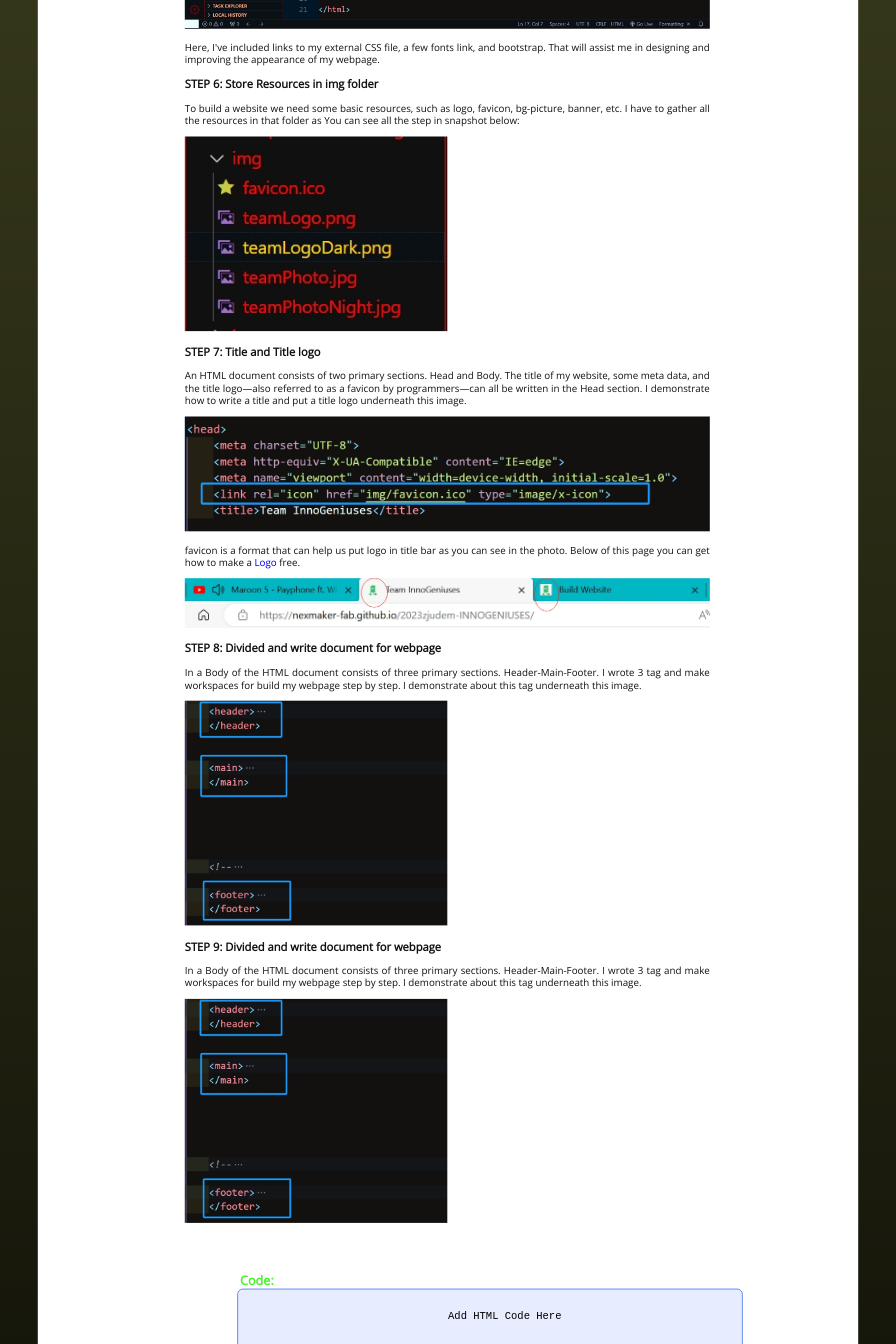
Repository: NexMaker-Fab/2023zjudem-INNOGENIUSES
Page: build web/page1.html
An editor plug-in stored every save of this project. The page is shown before and after the next save, followed by the edit.
The browser window is 1280 px wide. The pictures show the part of the page from y = 4580 to 6500 px (the page is 10565 px tall), at 70% of full size.

Above is the page before, as saved 2023-11-27 01:50:21.

### build web/page1.html
<!DOCTYPE html>
<html lang="en">

<head>
    <meta charset="utf-8">
    <meta http-equiv="X-UA-Compatible" content="IE=edge">
    <link rel="icon" href="img/favicon.ico" type="image/x-icon">
    <title>Build Website</title>
    <meta name="viewport" content="width=device-width, initial-scale=1">
    <!-- <meta name="Description" lang="en" content="open source x/html and css templates"> -->
    <meta name="author" content="mlp design">
    <meta name="robots" content="index, follow">
    <link rel="stylesheet" href="styles.css">
</head>

<body>
    <!--start wrapper-->
    <div id="wrapper">

        <!--start body-->
        <div id="body">

            <!--start header-->
            <div id="banner">
                <h1>HOW TO BUILD <em>WEB</em> </h1>
                <p></p>
                <!-- menu -->
                <label for="show-menu" class="responsive">&#9776;</label>
                <input type="checkbox" id="show-menu" role="button">
                <ul id="topnav">
                    <!-- <li><a class="active">Home</a></li> -->

                </ul>
                <!-- end menu -->
            </div>
            <!--end of header-->
            <!--start sidebar-->
            <div id="sidebar">
                <h2>GitHub</h2>
                <p>GitHub, is a platform and cloud-based service for software development and version control using Git, allowing developers to store and manage their code. It provides the distributed version control of Git plus access control, bug tracking,
                    software feature requests, task management, continuous integration, and wikis for every project. Headquartered in California, it has been a subsidiary of Microsoft since 2018. It is commonly used to host open source software development
                    projects.As of January 2023, GitHub reported having over 100 million developers and more than 372 million repositories, including at least 28 million public repositories.</p>

                <h2>Visual Studio Code</h2>
                <p>Visual Studio Code, also commonly referred to as VS Code,[12] is a source-code editor made by Microsoft with the Electron Framework, for Windows, Linux and macOS.[13] Features include support for debugging, syntax highlighting, intelligent
                    code completion, snippets, code refactoring, and embedded Git. Users can change the theme, keyboard shortcuts, preferences, and install extensions that add functionality. In the Stack Overflow 2023 Developer Survey, Visual Studio Code
                    was ranked the most popular developer environment tool among 86,544 respondents, with 73.71% reporting that they use it. It increased its use among those learning to code versus those developing as a profession (78% vs. 74%). </p>
            </div>
            <div class="clear"></div>
            <!--end of sidebar-->

            <!--start containter-->
            <div id="container">

                <!--start content-->
                <div id="content">
                    <!--post item-->
                    <div class="item">
                        <h3>STEP1: Prepare</h3>
                        <p>Setting up all essential tools for constructing the webpage:</p>

                        <ul>
                            <li><a href="https://git-scm.com/downloads">Git</a></li>
                            <li><a href="https://github.com">GitHub</a> </li>
                            <li><a href="https://desktop.github.com">GitHub desktop</a> </li>
                            <li><a href="https://code.visualstudio.com">VScode</a></li>
                            <li><a href="https://nodejs.org/en/about">Nodejs</a> </li>
                        </ul>

                        <h3>STEP 2: Pointers</h3>
                        <p>Visit <a href="https://github.com">Github</a> to create a repository; if needed, sign up. Once there, make your repository and set it Public so it's accessible to online users. Remember to add a README file—it's the place for a
                            detailed project description.
                        </p>
                        <img src="img/Create Repo 1.png" <figure>
                        <p>
                            <b>Note:</b>In this image repository, the owner is identified as aminal333. However, when working within an organization, the organization's name should be displayed instead.

                        </p>
                        </figure>

                        <img src="img/Create repo 2.png" <figure>
                        <p></p>
                        </figure>

                        <img src="img/git page.jpg" <figure>


                        </figure>

                        <h3>STEP 3: Local Settings</h3>
                        <p>Open GitHub Desktop, clone the repository you've created before, and then proceed to open it in Visual Studio Code.</p>
                        <img src="img/gitclone1.png" <figure>
                        <p> </p>
                        </figure>
                        <img src="img/clone open vs.png" <figure>
                        <p>Access the cloned repository from your local storage system using Visual Studio Code</p>
                        </figure>

                        <!-- Ramiz update-->

                        <h3>STEP 4: Live Server Extension</h3>
                        <p>Go to visual studio extention secsion, search live server and click install it. This extesion help to observe new change on your webpage when you change something in your code. You can see the exension installation image below:
                        </p>
                        <img src="img/Live Server.png" alt="description photo" style="width:100%; height: fit-content;">

                        <h2 style="font-weight: bolder;">How to write the website document</h2>

                        <h3>STEP 5: Make folder and file for writing code to build a website</h3>
                        <p>Open VS Code and open clone repository folder. Create a html file, a css file & a JS file. Create a folder for image resources. After that go to the html file which is named index.html and write some basic html documents. You can
                            see all the step in snapshot below:
                        </p>
                        <img src="img/bw1.png" alt="description photo" style="width:100%; height: fit-content;">
                        <p>
                            Here, I've included links to my external CSS file, a few fonts link, and bootstrap. That will assist me in designing and improving the appearance of my webpage.
                        </p>

                        <h3>STEP 6: Store Resources in img folder</h3>
                        <p>To build a website we need some basic resources, such as logo, favicon, bg-picture, banner, etc. I have to gather all the resources in that folder as You can see all the step in snapshot below:
                        </p>
                        <img src="img/bw2.png" alt="description photo" style="width:50%; height: 100%;">

                        <h3>STEP 7: Title and Title logo</h3>
                        <p>An HTML document consists of two primary sections. Head and Body. The title of my website, some meta data, and the title logo—also referred to as a favicon by programmers—can all be written in the Head section. I demonstrate how
                            to write a title and put a title logo underneath this image.
                        </p>
                        <img src="img/bw3.png" alt="description photo" style="width:100%; height: fit-content;">
                        <p>
                            favicon is a format that can help us put logo in title bar as you can see in the photo. Below of this page you can get how to make a <a href="#logoCreate">Logo</a> free.
                        </p>
                        <img src="img/title logo.png" alt="description photo" style="width:100%; height: 100%;">
                        <h3>STEP 8: Divided and write document for webpage</h3>
                        <p>In a Body of the HTML document consists of three primary sections. Header-Main-Footer. I wrote 3 tag and make workspaces for build my webpage step by step. I demonstrate about this tag underneath this image.
                        </p>
                        <img src="img/bw4.png" alt="description photo" style="width:50%; height:fit-content;">
                        <h3>STEP 9: Divided and write document for webpage</h3>
                        <p>In a Body of the HTML document consists of three primary sections. Header-Main-Footer. I wrote 3 tag and make workspaces for build my webpage step by step. I demonstrate about this tag underneath this image.
                        </p>
                        <img src="img/bw4.png" alt="description photo" style="width:50%; height:fit-content;">
                        <div class="text-boxes">
                            <div class="text-box CodeBox">
                                <div class="topic">Code:</div>
                                <textarea id="CodeBox" readonly>
                              Add HTML Code Here
                            </textarea>
                                <button id="CodeButton">Copy Codes</button>
                            </div>

                            <h3>STEP 4: How to collaborate with team</h3>
                            <h4>1.Inviting a team or person</h4>
                            <p>Phase 1: Request the username of the individual you're inviting to collaborate.</p>

                            <img src="img/AA.png" <figure>
                            <p> Under your repository name, click Settings, If you cannot see the "Settings" tab, select the dropdown menu, then click Settings.<br> In the "Access" section of the sidebar, click Collaborators and teams as displayed </p>
                            </figure>
                            <img src="img/BB.png" <figure>
                            <p>To the right of "Manage access", click Add people or Add teams and In the search field, start typing the name of the team or person to invite, then click a name in the list of matches.
                            </p>
                            </figure>
                            <img src="img/CC.png" <figure>
                            <p>In the search field, start typing the name of the team or person to invite, then click a name in the list of matches.</p>
                            </figure>
                            <img src="img/DD.png" <figure>
                            <p> Under "Choose a role", select the repository role to grant to the team or person</p>
                            </figure>
                            <img src="img/EE.png" <figure>
                            <p>Under "Manage access", next to the team or person whose access you'd like to remove, click Remove
                            </p>
                            </figure>
                            <img src="img/FF.png" <figure>
                            <p>Using this search box, you can easily find your team member</p>
                            </figure>

                        </div>
                        <!--another post item-->

                        <!--end of another post item-->
                    </div>
                    <!--end of content-->

                </div>
                <!--end of container-->

            </div>
            <!--end of body-->

            <!--start footer-->
            <div id="footer">
                <span class="left">2023 &copy; Copyright <a href="#">Allcode</a>. All rights reserved.</span>
                <p class="show-footer">2023 &copy; Copyright <a href="#">InnoGeniuses</a>. All rights reserved.<br /><a href="#">Contact</a> | </p>
            </div>
            <!--end of footer-->

        </div>
        <!--end of wrapper-->

        <!--start credits-->
        <!--//Under CC-NC 3.0, this portion must be left intact and must not be hidden.//-->
        <div id="credits">
            <span><a href="#" title="CSS &amp; ">CSS &amp; HTML</a> by InnoGeniuses<br />IDE@ZJU
    </div>
    <!--end of credits-->

</body>

</html>

<script>
    // Code BOx JS Code
    let CodeBox = document.getElementById("CodeBox");
      let CodeButton = document.getElementById("CodeButton");
      CodeButton.onclick = function () {
        CodeBox.select();
        document.execCommand("copy");
        CodeButton.innerText = "Codes Copied";
      };
</script>

### build web/styles.css
/* Global Settings */

@import url(https://fonts.googleapis.com/css?family=Open+Sans);
body {
    background: #000;
    background: -moz-linear-gradient(top, #7c803d 0%, #000000 75%, #000000 100%);
    background: -webkit-gradient(left top, left bottom, color-stop(0%, #7c803d), color-stop(75%, #000000), color-stop(100%, #000000));
    background: -webkit-linear-gradient(top, #7c803d 0%, #000000 75%, #000000 100%);
    background: -o-linear-gradient(top, #7c803d 0%, #000000 75%, #000000 100%);
    background: -ms-linear-gradient(top, #7c803d 0%, #000000 75%, #000000 100%);
    background: linear-gradient(to bottom, #7c803d 0%, #000000 75%, #000000 100%);
    filter: progid: DXImageTransform.Microsoft.gradient( startColorstr='#7c803d', endColorstr='#000000', GradientType=0);
    color: #111;
    margin: 0;
    font-family: 'Open Sans', sans-serif;
    font-size: 14px;
    line-height: 18px;
    min-width: 600px;
}

h1 {
    font-size: 40px;
    line-height: 24px;
}

h2 {
    font-size: 18px;
    line-height: 22px;
}

h3 {
    font-size: 16px;
    line-height: 20px;
}

a {
    background-color: inherit;
    color: rgb(0, 38, 255)122, 102, 153;
    text-decoration: none;
}

a:hover {
    text-decoration: underline;
}

blockquote {
    background-color: inherit;
    color: #999;
    font: italic 15px "Times New Roman", serif;
    border-left: 5px solid #996;
    padding: 2px 15px;
}


/* Wrapper Settings */

#wrapper {
    background: #fff;
    border: none;
    padding: 10px;
    margin: 1% auto;
    width: 90%;
}

#body {
    margin: 0;
}

#container {
    border-left: 50px;
    padding: 0;
    margin: 0;
}


/* Other Settings*/

#banner {
    position: relative;
    padding: 10px;
    height: 175px;
    border: 0px;
    color: #fff;
    background: #abab83;
    background: -moz-linear-gradient(top, #abab83 0%, #abab83 0%, #abab83 50%, #a1a172 51%, #a1a172 100%);
    background: -webkit-gradient(left top, left bottom, color-stop(0%, #abab83), color-stop(0%, #abab83), color-stop(50%, #abab83), color-stop(51%, #a1a172), color-stop(100%, #a1a172));
    background: -webkit-linear-gradient(top, #abab83 0%, #abab83 0%, #abab83 50%, #a1a172 51%, #a1a172 100%);
    background: -o-linear-gradient(top, #abab83 0%, #abab83 0%, #abab83 50%, #a1a172 51%, #a1a172 100%);
    background: -ms-linear-gradient(top, #abab83 0%, #abab83 0%, #abab83 50%, #a1a172 51%, #a1a172 100%);
    background: linear-gradient(to bottom, #abab83 0%, #abab83 0%, #abab83 50%, #a1a172 51%, #a1a172 100%);
    filter: progid: DXImageTransform.Microsoft.gradient( startColorstr='#abab83', endColorstr='#a1a172', GradientType=0);
}

#banner h1 {
    font-size: 32px;
}

#banner h1 em {
    font-style: normal;
    text-decoration: none;
    color: #111;
}

#show-menu {
    display: none;
}

.responsive {
    background-color: inherit;
    color: #fff;
    text-align: left;
    font-weight: normal;
    font-size: 1.5em;
    padding: 0;
    position: absolute;
    top: 80%;
    display: none;
}

ul#topnav {
    list-style-type: none;
    margin: 0 0 0 1%;
    display: table;
    padding: 0;
    overflow: hidden;
    width: 60%;
    position: absolute;
    bottom: 0;
}

ul#topnav li {
    display: table-cell;
    text-align: center;
}

ul#topnav li a {
    background: #333;
    color: #999;
    border: none;
    display: block;
    margin-right: 5px;
    padding: 5px 0px;
    text-decoration: none;
    font-size: 12px;
}

ul#topnav li a.active,
ul#topnav li a.active:hover {
    background: #fff;
    color: #333;
}

ul#topnav li a:hover {
    background: #cc9;
    color: #111;
}

#sidebar {
    background: #fff;
    float: right;
    width: 200px;
    margin: -175px 1% 50px auto;
    padding: 15px;
    font-size: 12px;
    -webkit-box-shadow: 25px 0px 25px -25px rgba(0, 0, 0, 0.45), -25px 0px 25px -25px rgba(0, 0, 0, 0.45);
    -moz-box-shadow: 25px 0px 25px -25px rgba(0, 0, 0, 0.45), -25px 0px 25px -25px rgba(0, 0, 0, 0.45);
    box-shadow: 25px 0px 25px -25px rgba(0, 0, 0, 0.45), -25px 0px 25px -25px rgba(0, 0, 0, 0.45);
    position: relative;
}

#sidebar h2 {
    background-color: inherit;
    color: #996;
    font: normal 16px Arial, sans-serif;
    border-bottom: 2px solid #996;
    padding: 8px 0 5px 0;
}

#sidebar ul {
    list-style: none;
    padding: 2px;
    margin: 0;
}

#sidebar ul li {
    list-style-position: inside;
    padding: 0 0 10px 20px;
    text-indent: -1em;
}

#sidebar ul li a {
    background-color: inherit;
    color: #333;
    text-decoration: none;
    padding: 5px 2px;
    display: block;
}

#sidebar ul li a:hover {
    background-color: #cc9;
    color: #fff;
}

#sidebar ul li a:before {
    content: "\00BB  ";
    color: #996;
}

#content {
    text-align: left;
    padding: 20px;
    width: 750px;
    padding-left: 200px;
}

#content h1 {
    font: normal 18px Arial, sans-serif;
    padding: 0;
}

#content ul {
    list-style: none;
}

#content ul li {
    padding: 2px 0 2px 10px;
    margin: 0;
}

#content ul li:before {
    content: "\00BB  ";
    color: rgb(51, 0, 255);
}

#content .item {
    line-height: 1.25em;
    margin: 0;
}

#content .item p {
    text-align: justify;
}

#content .item b {
    text-align: justify;
    color: red;
}

#content .item span {
    background-color: inherit;
    color: #999;
    font-size: 11px;
}

#content .item img {
    width: 750px;
    height: 500px;
}

#footer {
    padding: 10px;
    height: 20px;
    border: 0px;
    color: #333;
    font-size: 12px;
    background: #abab83;
    background: -moz-linear-gradient(top, #abab83 0%, #abab83 0%, #abab83 50%, #a1a172 51%, #a1a172 100%);
    background: -webkit-gradient(left top, left bottom, color-stop(0%, #abab83), color-stop(0%, #abab83), color-stop(50%, #abab83), color-stop(51%, #a1a172), color-stop(100%, #a1a172));
    background: -webkit-linear-gradient(top, #abab83 0%, #abab83 0%, #abab83 50%, #a1a172 51%, #a1a172 100%);
    background: -o-linear-gradient(top, #abab83 0%, #abab83 0%, #abab83 50%, #a1a172 51%, #a1a172 100%);
    background: -ms-linear-gradient(top, #abab83 0%, #abab83 0%, #abab83 50%, #a1a172 51%, #a1a172 100%);
    background: linear-gradient(to bottom, #abab83 0%, #abab83 0%, #abab83 50%, #a1a172 51%, #a1a172 100%);
    filter: progid: DXImageTransform.Microsoft.gradient( startColorstr='#abab83', endColorstr='#a1a172', GradientType=0);
    clear: both;
}

#footer a {
    background-color: inherit;
    color: #333;
}

#footer a:hover {
    background-color: inherit;
    color: #fff;
    text-decoration: none;
}

#footer span.left {
    text-align: left;
    padding-left: 15px;
    float: left;
}

#footer span.right {
    text-align: right;
    padding-right: 15px;
    float: right;
}

#footer p.show-footer {
    margin: 0;
    display: none;
}

#credits {
    width: 90%;
    background-color: inherit;
    color: #999;
    position: relative;
    bottom: 0;
    padding: 10px 0;
    font: normal 11px Arial, sans-serif;
    text-align: right;
    margin: 0 auto;
}

#credits a {
    background-color: inherit;
    color: #999;
    text-decoration: none;
}

#credits a:hover {
    background-color: inherit;
    color: #fff;
    text-decoration: none;
}


/* Begin responsive styles */

@media screen and (max-width: 700px) {
    body {
        font-size: 12px;
    }
    blockquote {
        font-size: 13px;
        border-left-width: 3px;
        padding: 1px 5px 1px 10px;
        margin: 0;
    }
    /* banner */
    /*#banner { height:170px;}*/
    #banner h1 {
        font-size: 28px;
    }
    #banner p {
        width: 60%;
    }
    /* menu */
    ul#topnav {
        display: none;
    }
    .responsive {
        display: block;
    }
    #show-menu:checked~ul#topnav {
        display: block;
        position: absolute;
        top: 100%;
        width: 50%;
        margin: 0 0 0 -8%;
        overflow: visible;
    }
    ul#topnav li {
        display: block;
        text-align: left;
        margin: 0 0 1px 15%;
    }
    ul#topnav li a {
        padding-left: 20px;
        border-radius: 0px;
        -moz-border-radius: 0px;
        -webkit-border-radius: 0px;
        font-size: 10px;
    }
    /*ul#topnav li a:hover { background: rgba(255,0,85,1); color:rgba(255,255,255,255);}*/
    ul#topnav li a.active,
    ul#topnav li a.active:hover {
        background: #eee;
        color: #000;
    }
    /* sidebar */
    #sidebar {
        width: 28%;
        padding: 5px;
        font-size: 10px;
        line-height: 1.25em;
    }
    #sidebar h2 {
        font-size: 12px;
    }
    /* content */
    #content {
        margin-right: 33%;
    }
    #content h1 {
        font-size: 14px;
        font-weight: bold;
    }
    #content .item span {
        font-size: 10px;
    }
    #content ul {
        margin-left: 0;
        padding-left: 0;
    }
    #content ul li {
        margin-left: 0;
        padding-left: 0;
    }
    /* footer */
    #footer {
        font-size: 10px;
        text-align: center;
        padding-bottom: 20px;
    }
    #footer span {
        display: none;
    }
    #footer p.show-footer {
        display: block;
    }
    #credits {
        font-size: 80%;
        text-align: center;
    }
}


/* CodeBox CSS */

.text-boxes {
    height: 100%;
    width: 100%;
    display: flex;
    flex-direction: column;
    align-items: center;
    padding: 10px 30px;
    margin-bottom: 100px;
}

.text-boxes .text-box {
    height: 400px;
    max-width: 660px;
    width: 100%;
    margin: 55px 20px;
}

.text-boxes .text-box .topic {
    font-size: 18px;
    font-weight: 600;
    color: rgb(72, 242, 38);
    margin: 4px;
}

.text-boxes .text-box textarea {
    height: 100%;
    width: 100%;
    padding: 30px;
    font-size: 15px;
    font-weight: 400;
    outline: none;
    border: 1px solid #265df2;
    border-radius: 8px;
    background: #e7edfe;
}

.text-box textarea::-webkit-scrollbar {
    display: none;
}

.text-boxes .text-box button {
    height: 45px;
    width: 155px;
    color: #fff;
    background: #265df2;
    outline: none;
    border: none;
    border-radius: 8px;
    font-size: 17px;
    font-weight: 400;
    margin: 8px 0;
    cursor: pointer;
    transition: all 0.4s ease;
}

.text-boxes .text-box button:hover {
    background: #0e4bf1;
}

@media (max-width: 400px) {
    .text-boxes .text-box button {
        width: 100%;
    }
}

After the next save:
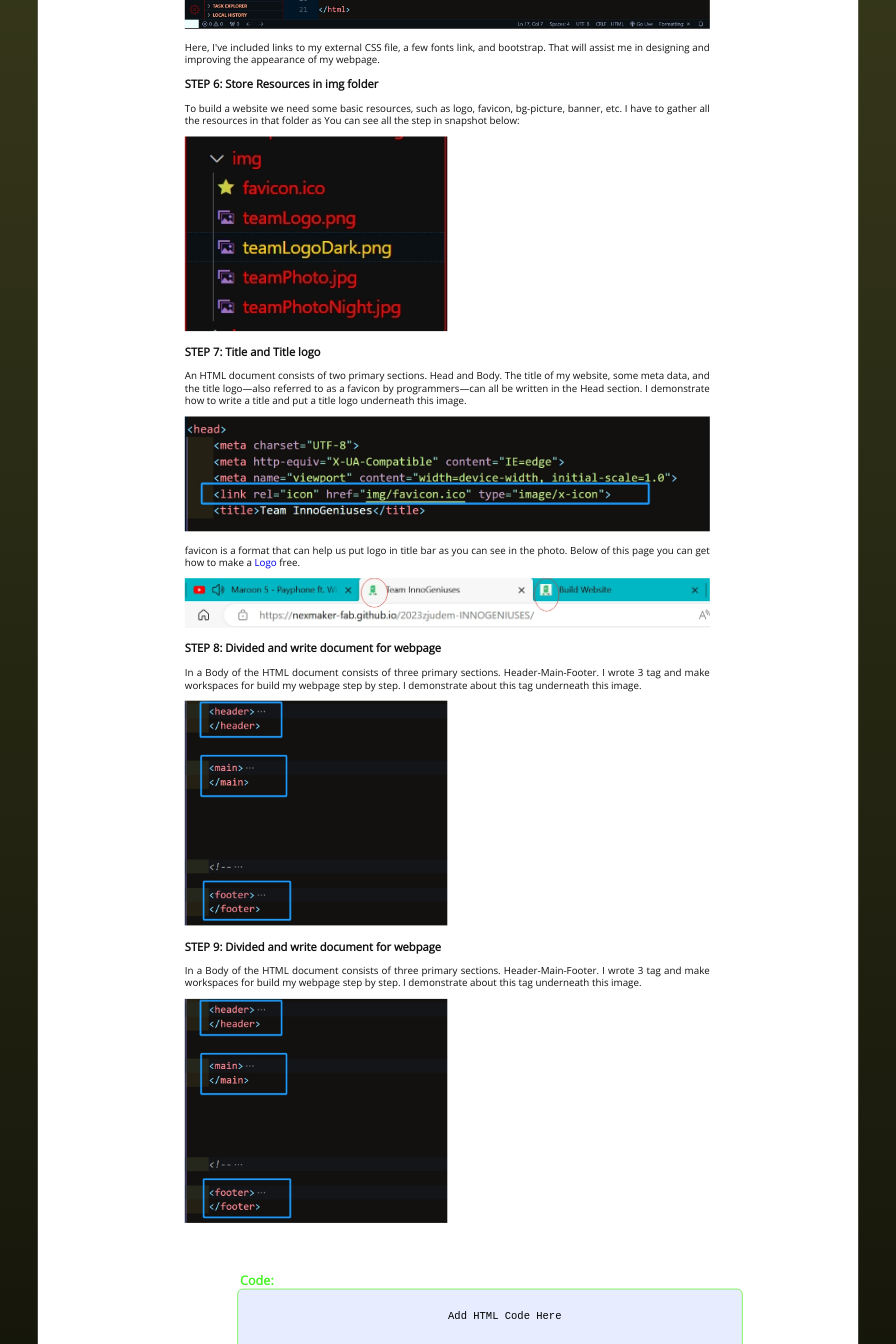
Saved 18 s later.
--- a/build web/styles.css
+++ b/build web/styles.css
@@ -461,7 +461,7 @@ ul#topnav li a:hover {
     font-size: 15px;
     font-weight: 400;
     outline: none;
-    border: 1px solid #265df2;
+    border: 1px solid #56f226;
     border-radius: 8px;
     background: #e7edfe;
 }
